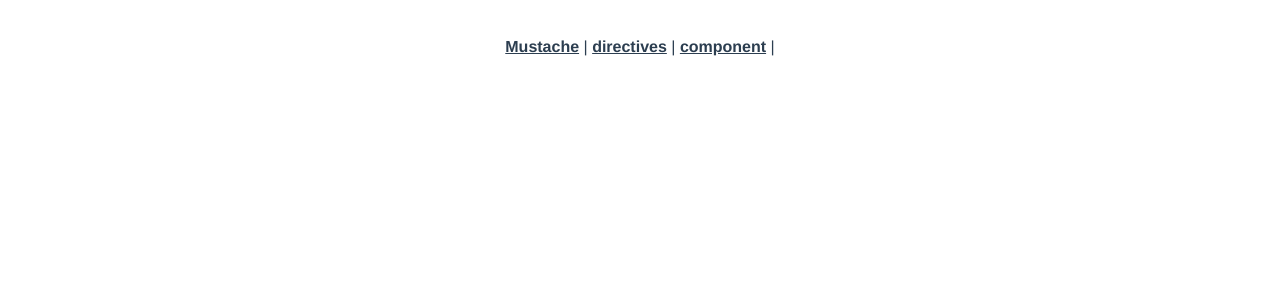
Repository: yeyanghui0616/my-vue2-learning
Page: /slot
These files come from the project's save history. The page is drawn as it stood at one moment and after a run of saves; the edit follows.
The browser window is 1280 px wide. The pictures show the whole page.
The project was rebuilt for these pictures with package versions that can differ from the ones it lists, and the page was loaded fresh each time. Also part of the build but not shown: src/views/Mustache.vue, src/components/globalComponent.vue, src/components/slotComponent.vue.

Above is the page before, as saved 2023-08-30 22:05:28.

### src/main.js
import Vue from "vue";
import App from "./App.vue";
import router from "./router";
import store from "./store";

// 注册全局组件
import globalComponent from "./components/globalComponent";
Vue.component("globalComponent", globalComponent);

Vue.config.productionTip = false;

new Vue({
	router,
	store,
	render: (h) => h(App),
}).$mount("#app");

### src/App.vue
<template>
  <div id="app">
    <div id="nav">
      <router-link to="/">Mustache</router-link> |
      <router-link to="/directives">directives</router-link> |
      <router-link to="/component">component</router-link> |
    </div>
    <router-view />
  </div>
</template>

<style lang="scss">
#app {
  font-family: Avenir, Helvetica, Arial, sans-serif;
  -webkit-font-smoothing: antialiased;
  -moz-osx-font-smoothing: grayscale;
  text-align: center;
  color: #2c3e50;
}

#nav {
  padding: 30px;

  a {
    font-weight: bold;
    color: #2c3e50;

    &.router-link-exact-active {
      color: #42b983;
    }
  }
}
</style>

### src/router/index.js
import Vue from "vue";
import VueRouter from "vue-router";
import Mustache from "../views/Mustache.vue";

Vue.use(VueRouter);

const routes = [
	{
		path: "/",
		name: "Mustache",
		component: Mustache,
	},
	{
		path: "/directives",
		name: "directives",
		component: () => import("../views/directives.vue"),
	},
	{
		path: "/component",
		name: "component",
		component: () => import("../views/component.vue"),
	},
	{
		path: "/slot",
		name: "slot",
		component: () => import("../views/slot.vue"),
	},
];

const router = new VueRouter({
	mode: "history",
	base: process.env.BASE_URL,
	routes,
});

export default router;

### src/views/slot.vue
<template>
  <div>
    <slotComponent></slotComponent>
  </div>
</template>

<script>
// @ts-ignore
import slotComponent from "@/components/slotComponent.vue";
export default {
  data() {
    return {};
  },

  methods: {},
};
</script>

<style lang="scss"></style>

Loaded but not shown: public/index.html (common file); src/store/index.js (common file)

After the next 3 saves:
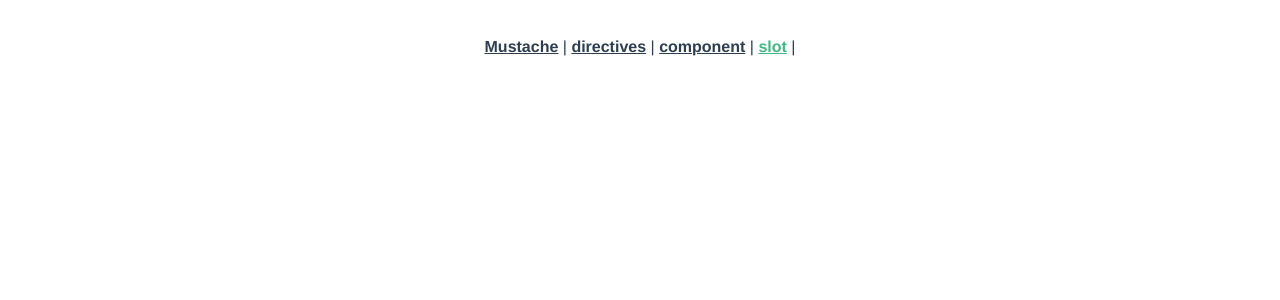
The 3 saves are shown as one change because they came seconds apart.
The last was saved 16 s later.
--- a/src/App.vue
+++ b/src/App.vue
@@ -4,6 +4,7 @@
       <router-link to="/">Mustache</router-link> |
       <router-link to="/directives">directives</router-link> |
       <router-link to="/component">component</router-link> |
+      <router-link to="/slot">slot</router-link> |
     </div>
     <router-view />
   </div>
